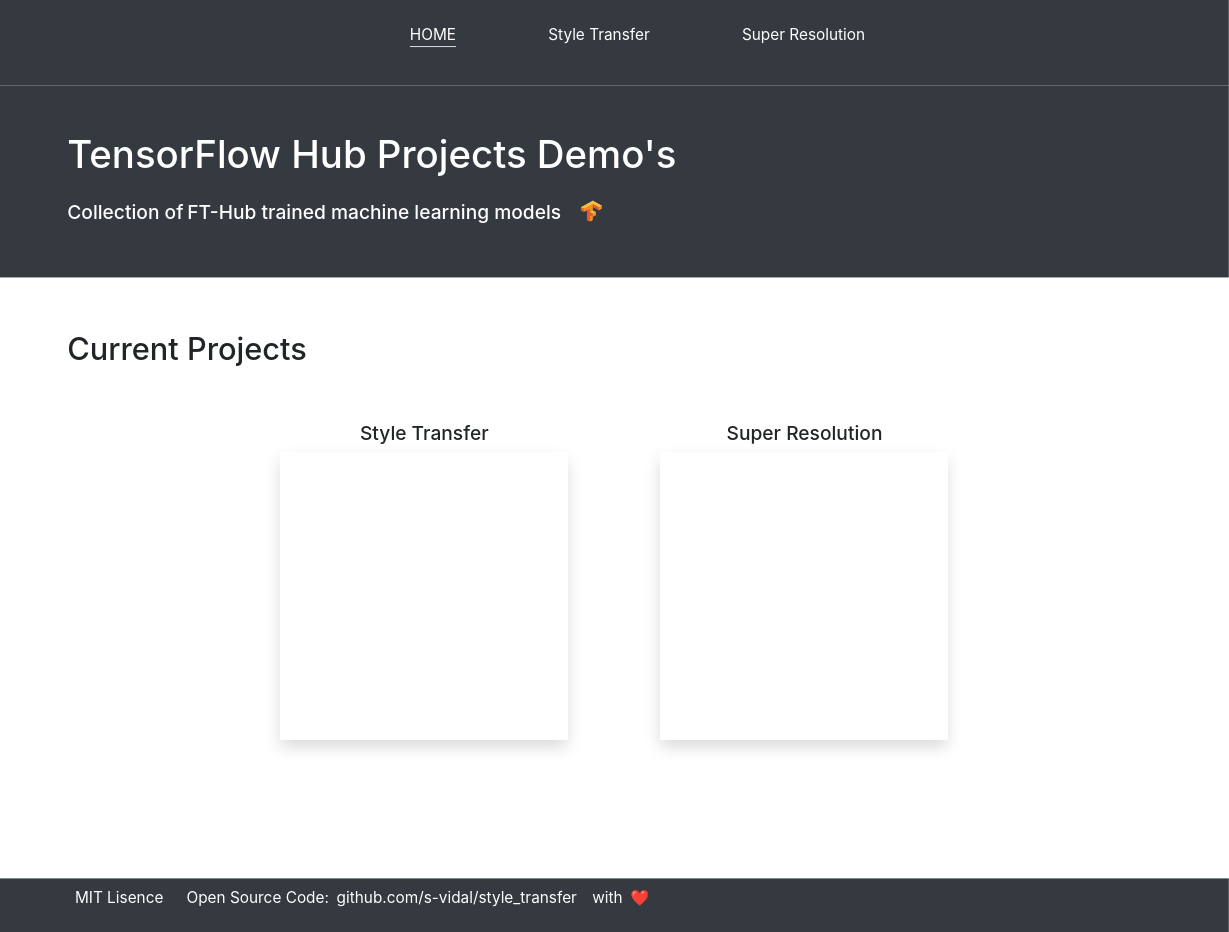
Repository: s-vidal/style_transfer
Page: / (app in client/)
These files come from the project's save history. The page is drawn as it stood at one moment and after a run of saves; the edit follows.
The browser window is 1280 px wide. The pictures show the whole page, at 96% of full size.
The page's requests for data from a server got no answer. The project was rebuilt for these pictures with package versions that can differ from the ones it lists, and the page was loaded fresh each time. A package was used in the major version that the imports need, not the one package.json lists. No one was signed in, and anything a server would have sent is missing. Also part of the build but not shown: client/src/components/DropZone.jsx, client/src/lib/api.js, client/src/components/Inference.jsx, client/src/components/Header.jsx, client/src/pages/StyleTransfer.jsx, client/src/pages/SuperResolution.jsx.

Above is the page before, as saved 2020-09-30 16:23:23.

After the next 2 saves:
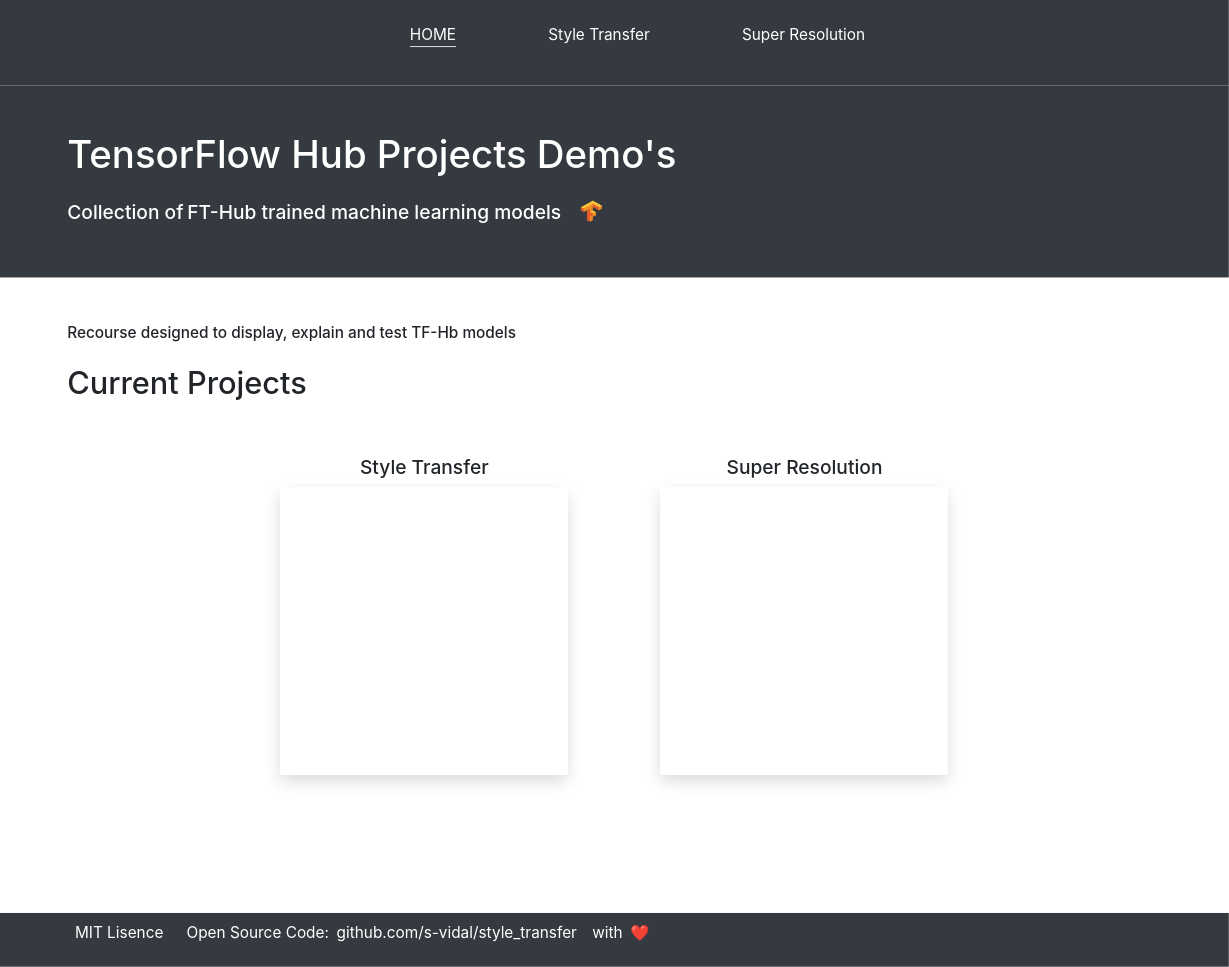
The 2 saves are shown as one change because they came seconds apart.
The last was saved 10 s later.
--- a/client/src/pages/HomePage.jsx
+++ b/client/src/pages/HomePage.jsx
@@ -30,6 +30,9 @@
       <div className="vh-59 p-5 pb-0">
         <div className="container p-0">
           <div>
+            <h6 className="mb-4">
+              Recourse designed to display, explain and test TF-Hb models
+            </h6>
             <h2 className="mt-2">Current Projects</h2>
           </div>
           <div className="row d-flex justify-content-center">
